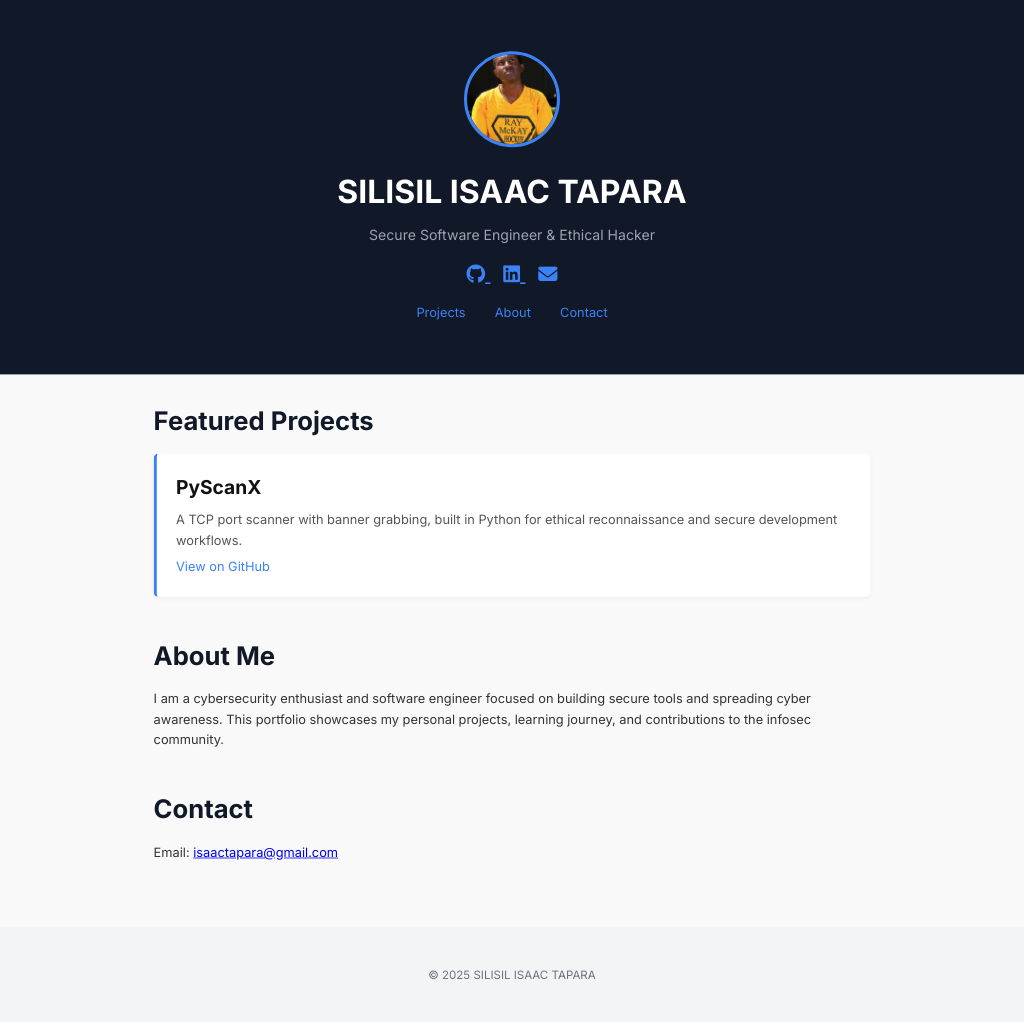
Repository: isaactapara/isaactapara.github.io
Page: index.html
These files come from the project's save history. The page is drawn as it stood at one moment and after the next save; the edit follows.
The browser window is 1280 px wide. The pictures show the whole page, at 80% of full size.
Some web libraries are served in a nearby version.

Above is the page before, as saved 2025-07-17 10:31:12.

After the next save:
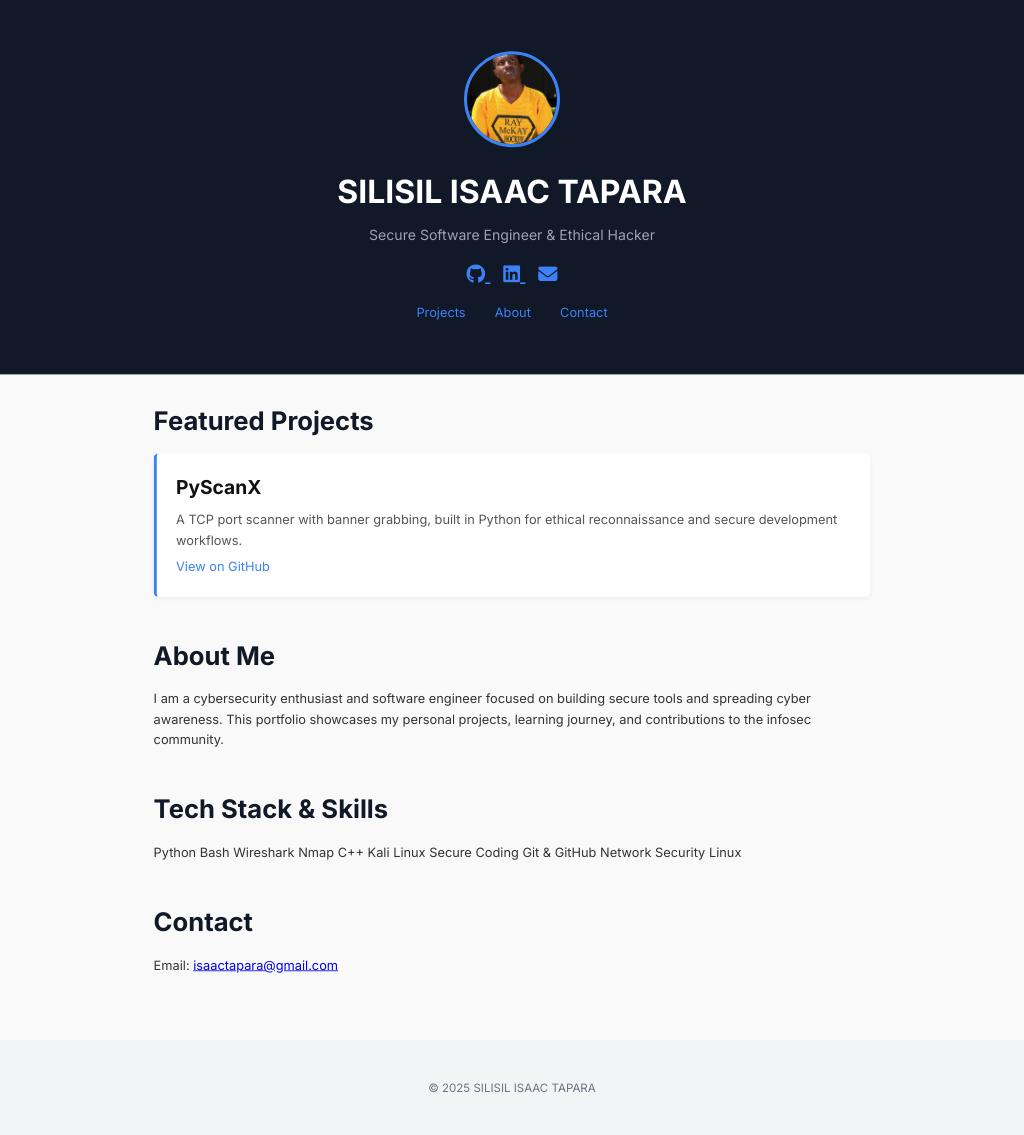
Saved 4 min 7 s later.
--- a/index.html
+++ b/index.html
@@ -49,6 +49,21 @@
       <h2>About Me</h2>
       <p>I am a cybersecurity enthusiast and software engineer focused on building secure tools and spreading cyber awareness. This portfolio showcases my personal projects, learning journey, and contributions to the infosec community.</p>
     </section>
+<section id="skills">
+  <h2>Tech Stack & Skills</h2>
+  <div class="skills-grid">
+    <span>Python</span>
+    <span>Bash</span>
+    <span>Wireshark</span>
+    <span>Nmap</span>
+    <span>C++</span>
+    <span>Kali Linux</span>
+    <span>Secure Coding</span>
+    <span>Git & GitHub</span>
+    <span>Network Security</span>
+    <span>Linux</span>
+  </div>
+</section>
 
     <section id="contact">
       <h2>Contact</h2>
